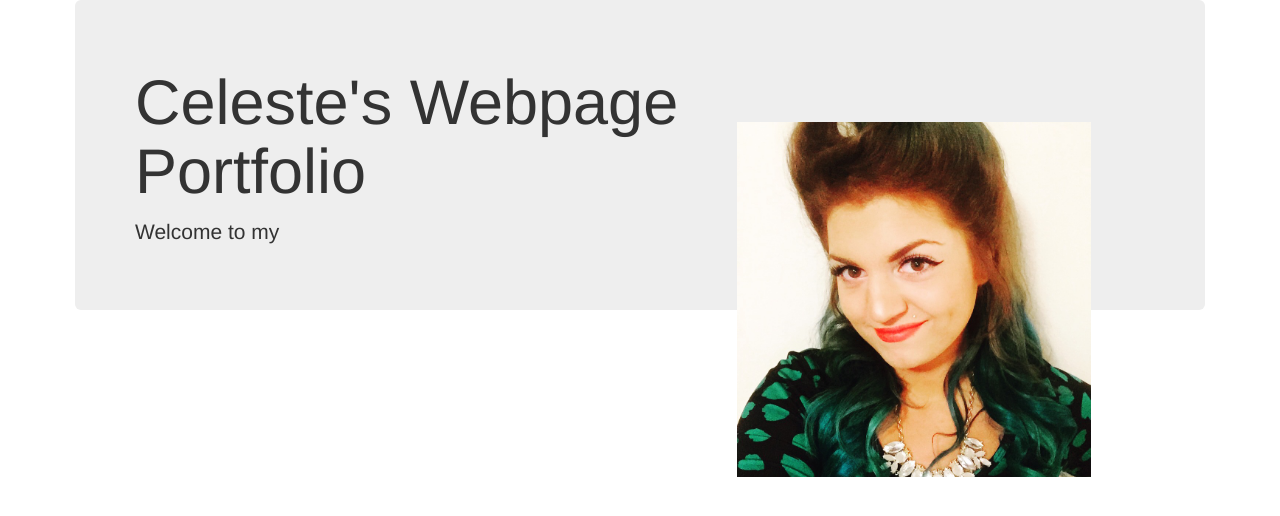
Repository: fieldceleste/portfolio-celeste
Page: portfolio-celeste.html
An editor plug-in stored every save of this project. The page is shown before and after the next save, followed by the edit.
The browser window is 1280 px wide. The pictures show the whole page.

Above is the page before, as saved 2019-11-01 12:15:46.

### portfolio-celeste.html
<!DOCTYPE html>
<html>
  <head>
    <title>Celeste Field's Portfolio</title>
  <link href="css/bootstrap.css" rel="stylesheet" type="text/css">
  <link href="css/styles.css" rel="stylesheet" type="text/css">

 <body>
    <div class="container">
      <div class="jumbotron">
        <h1><img src="img/celeste.jpeg" class="img" alt="photo of celeste field"> Celeste's Webpage Portfolio </h1>
        <p>Welcome to my  </p>


  </body>
</html>

### css/styles.css
img{
float:right;
width: 45%;
height:45%;
padding: 50px;
margin: 4px;
}

Loaded but not shown: css/bootstrap.css (library)

After the next save:
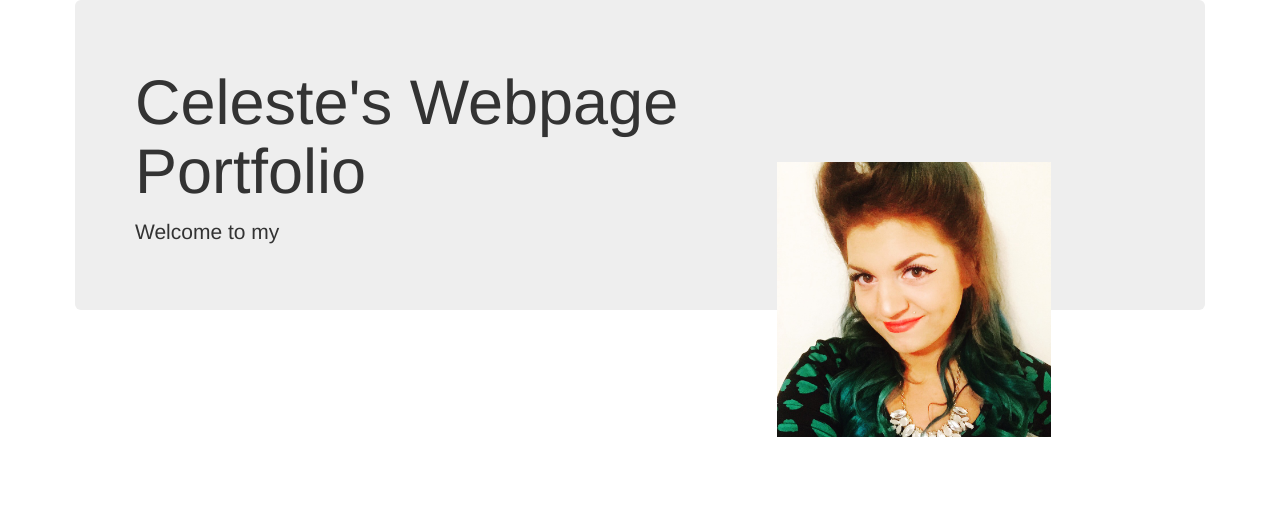
Saved 6 s later.
--- a/css/styles.css
+++ b/css/styles.css
@@ -2,6 +2,6 @@ img{
 float:right;
 width: 45%;
 height:45%;
-padding: 50px;
+padding: 90px;
 margin: 4px;
 }
